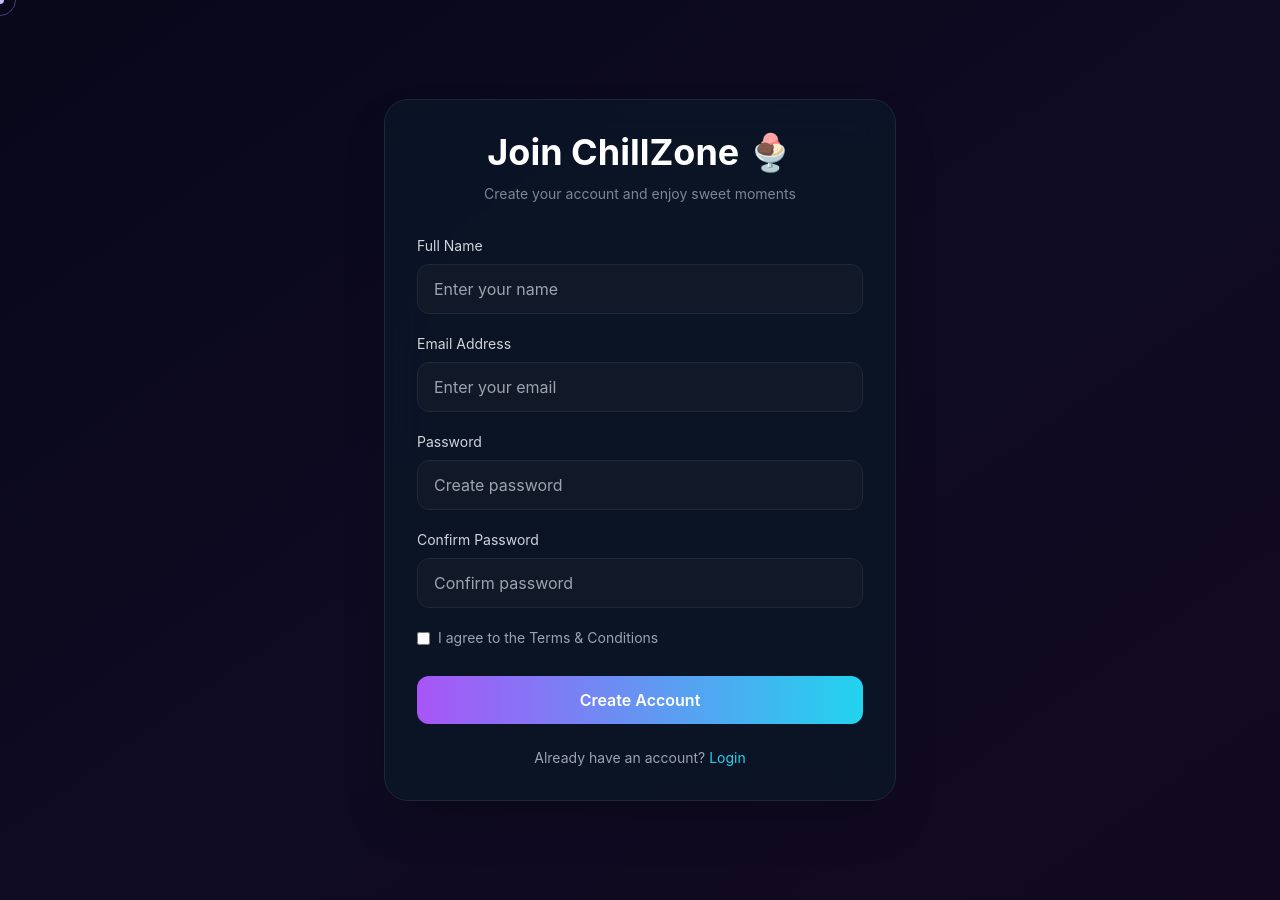
Repository: AMIREDDYRAKEY/chill-zone-
Page: /register
The author's editor kept a copy of each file at every save. The page is drawn from the files as they stood at one save, then again after the next save.
The browser window is 1280 px wide. The pictures show the whole page.
The project was rebuilt for these pictures with package versions that can differ from the ones it lists, and the page was loaded fresh each time. Also part of the build but not shown: vite.config.js, src/components/Login.jsx, src/components/Navbar.jsx, src/components/Hero.jsx, src/components/Marquee.jsx, src/components/TabsMenu.jsx, src/components/Ourspecialites.jsx, src/components/Aboutus.jsx and 3 more.

Above is the page before, as saved 2026-05-07 14:37:44.

### index.html
<!doctype html>
<html lang="en">
  <head>
    <meta charset="UTF-8" />
    <link rel="icon" type="image/svg+xml" href="/favicon.svg" />
    <meta name="viewport" content="width=device-width, initial-scale=1.0" />
    <title>chill-zone</title>
  </head>
  <body class="">
    <div id="root"></div>
    <script type="module" src="/src/main.jsx"></script>
  </body>
</html>

### src/main.jsx
import { StrictMode } from 'react'
import { createRoot } from 'react-dom/client'
import './index.css'
import App from './App.jsx'
import { BrowserRouter } from 'react-router-dom';
// ── Custom Cursor ────────────────────────────────────────────────────
const dot  = document.createElement('div');
const ring = document.createElement('div');
dot.id  = 'custom-cursor';
ring.id = 'custom-cursor-ring';
document.body.appendChild(dot);
document.body.appendChild(ring);

let ringX = 0, ringY = 0;
let dotX  = 0, dotY  = 0;

document.addEventListener('mousemove', (e) => {
  dotX = e.clientX;
  dotY = e.clientY;
  dot.style.left = dotX + 'px';
  dot.style.top  = dotY + 'px';
});

// Smooth ring follow
const animateRing = () => {
  ringX += (dotX - ringX) * 0.12;
  ringY += (dotY - ringY) * 0.12;
  ring.style.left = ringX + 'px';
  ring.style.top  = ringY + 'px';
  requestAnimationFrame(animateRing);
};
animateRing();

// Hover effect on interactive elements
document.addEventListener('mouseover', (e) => {
  if (e.target.matches('a, button, [data-hover]')) {
    ring.classList.add('hovered');
    dot.style.opacity = '0.5';
  }
});
document.addEventListener('mouseout', (e) => {
  if (e.target.matches('a, button, [data-hover]')) {
    ring.classList.remove('hovered');
    dot.style.opacity = '1';
  }
});
// ────────────────────────────────────────────────────────────────────

createRoot(document.getElementById('root')).render(
  <StrictMode>
     <BrowserRouter>
    <App />
  </BrowserRouter>
  </StrictMode>,
)

### src/index.css
@tailwind base;
@tailwind components;
@tailwind utilities;

/* ── FONTS ────────────────────────────────────────────────────────── */
@import url('https://fonts.googleapis.com/css2?family=Inter:wght@300;400;500;600;700;800;900&family=Playfair+Display:ital,wght@0,700;1,700&display=swap');

/* ── BASE ─────────────────────────────────────────────────────────── */
*, *::before, *::after {
  box-sizing: border-box;
  cursor: none !important;
}

body {
  font-family: 'Inter', sans-serif;
  background: #07050f;
  color: #fff;
  overflow-x: hidden;
}

/* ── CUSTOM CURSOR ────────────────────────────────────────────────── */
#custom-cursor {
  position: fixed;
  top: 0; left: 0;
  width: 8px; height: 8px;
  background: #c8b8ff;
  border-radius: 50%;
  pointer-events: none;
  z-index: 99999;
  transform: translate(-50%, -50%);
  transition: transform 0.08s ease;

}

#custom-cursor-ring {
  position: fixed;
  top: 0; left: 0;
  width: 32px; height: 32px;
  border: 1.5px solid rgba(180, 184, 255, 0.35);
  border-radius: 50%;
  pointer-events: none;
  z-index: 99998;
  transform: translate(-50%, -50%);
}

#custom-cursor-ring.hovered {
  width: 48px; height: 48px;
  border-color: rgba(40, 184, 255, 0.6);
  transition: width 0.2s ease, height 0.2s ease, border-color 0.2s ease;
}

/* ── FLOAT WIND — very subtle ─────────────────────────────────────── */
@keyframes floatWind {
  0%   { transform: translateY(-80px) translateX(0) rotate(0deg);   opacity: 0;    }
  8%   {                                                              opacity: 0.12; }
  50%  { transform: translateY(48vh)  translateX(20px) rotate(160deg); opacity: 0.14; }
  100% { transform: translateY(108vh) translateX(-20px) rotate(320deg); opacity: 0;  }
}

/* ── ENTRANCE ANIMATIONS ──────────────────────────────────────────── */
@keyframes fadeUp {
  from { opacity: 0; transform: translateY(24px); }
  to   { opacity: 1; transform: translateY(0);     }
}

@keyframes fadeIn {
  from { opacity: 0; }
  to   { opacity: 1; }
}

@keyframes shimmer {
  0%   { background-position: -10% center; }
  100% { background-position:  200% center; }
}

@keyframes softPulse {
  0%, 100% { opacity: 0.85; }
  50%       { opacity: 1;    }
}

/* Utility classes */
.anim-fade-up   { animation: fadeUp 0.7s cubic-bezier(.22,.68,0,1.2) forwards; }
.anim-fade-up-1 { opacity:0; animation: fadeUp 0.7s cubic-bezier(.22,.68,0,1.2) 0.15s forwards; }
.anim-fade-up-2 { opacity:0; animation: fadeUp 0.7s cubic-bezier(.22,.68,0,1.2) 0.30s forwards; }
.anim-fade-up-3 { opacity:0; animation: fadeUp 0.7s cubic-bezier(.22,.68,0,1.2) 0.45s forwards; }
.anim-fade-up-4 { opacity:0; animation: fadeUp 0.7s cubic-bezier(.22,.68,0,1.2) 0.60s forwards; }

.text-shimmer {
  background: linear-gradient(
    90deg,
    #2f0dec 0%,
    #ce089c 30%,
    #dd87ec 50%,
    #846dd3 70%,
    #d82a8f 100%
  );
  background-size: 250% auto;
  -webkit-background-clip: text;
  -webkit-text-fill-color: transparent;
  background-clip: text;
  animation: shimmer 10s linear infinite;
}

/* .marquee-section {
  padding: 24px 0;
  overflow: hidden;
  border-top: 1px solid rgba(255,255,255,0.08);
  border-bottom: 1px solid rgba(255,255,255,0.08);
  background: rgba(6,182,212,0.03);
} */

.marquee-track {
  display: flex;
  gap: 48px;
  width: max-content;
  animation: scroll 25s linear infinite;
}

.marquee-item {
  display: flex;
  align-items: center;
  gap: 10px;
  white-space: nowrap;
  font-size: 15px;
  color: #94a3b8;
}

.marquee-dot {
  color: #06b6d4;
  font-size: 18px;
}

@keyframes scroll {
  0% { transform: translateX(0); }
  100% { transform: translateX(-50%); }
}


@keyframes marquee {
  0% {
    transform: translateX(0%);
  }
  100% {
    transform: translateX(-50%);
  }
}

.marquee-track {
  width: max-content;
  animation: marquee 35s linear infinite;
}
.marquee-track-reverse {
  width: max-content;
  animation: marquee 35s linear infinite reverse;
}

### src/App.jsx
import React from 'react'
import { Routes, Route } from 'react-router-dom'

import Navbar from './components/Navbar'
import Hero from './components/Hero'
import Marquee from './components/Marquee'
import Ourspecialites from './components/Ourspecialites'
import Aboutus from './components/Aboutus'
import Gallery from './components/Gallery'
import Feedback from './components/Feedback'
import Footer from './components/Footer'
import Login from './components/Login'
import Register from './components/Register'
// Home page (scroll)
const Home = () => (
  <>
    <section id="home">
      <Navbar/>
      <Hero />
      <Marquee />
    </section>

    <section id="menu" className="mt-10 pb-12">
      <Ourspecialites />
    </section>

    <section id="about" className="pb-10">
      <Aboutus />
    </section>

    <section id="gallery" className="pb-10">
      <Gallery />
    </section>

    <section id="reviews" className="pb-10">
      <Feedback />
    </section>
     <section id="cta"  >
      <Footer/>
    </section>
  </>
)

const App = () => {
  return (
    <div style={{ background: "linear-gradient(160deg, #09071a 0%, #0e0b22 60%, #120920 100%)" }}>



      <Routes>
        <Route path="/" element={<Home />} />
        <Route path="/login" element={<Login />} />
        <Route path="/register" element={<Register />} />
      </Routes>


    </div>
  )
}

export default App

### src/components/Register.jsx
// Register.jsx

import React from 'react'

const Register = () => {
  return (
    <div className="h-[900px] flex items-center justify-center px-4 bg-gradient-to-br from-[#09071a] via-[#0e0b22] to-[#120920]">

      <div className="w-full max-w-lg bg-[#0a1727]/80 backdrop-blur-xl border border-[#1d2736] rounded-3xl p-8 shadow-2xl">

        {/* Heading */}
        <div className="text-center mb-8">
          <h1 className="text-4xl font-bold text-white">
            Join ChillZone 🍨
          </h1>

          <p className="text-[#7b8794] mt-3 text-sm">
            Create your account and enjoy sweet moments
          </p>
        </div>

        {/* Form */}
        <form className="flex flex-col gap-5">

          {/* Name */}
          <div>
            <label className="text-sm text-gray-300 mb-2 block">
              Full Name
            </label>

            <input
              type="text"
              placeholder="Enter your name"
              className="w-full px-4 py-3 rounded-xl bg-[#111827] border border-[#1f2937] text-white outline-none focus:border-purple-400 transition"
            />
          </div>

          {/* Email */}
          <div>
            <label className="text-sm text-gray-300 mb-2 block">
              Email Address
            </label>

            <input
              type="email"
              placeholder="Enter your email"
              className="w-full px-4 py-3 rounded-xl bg-[#111827] border border-[#1f2937] text-white outline-none focus:border-purple-400 transition"
            />
          </div>

          {/* Password */}
          <div>
            <label className="text-sm text-gray-300 mb-2 block">
              Password
            </label>

            <input
              type="password"
              placeholder="Create password"
              className="w-full px-4 py-3 rounded-xl bg-[#111827] border border-[#1f2937] text-white outline-none focus:border-purple-400 transition"
            />
          </div>

          {/* Confirm */}
          <div>
            <label className="text-sm text-gray-300 mb-2 block">
              Confirm Password
            </label>

            <input
              type="password"
              placeholder="Confirm password"
              className="w-full px-4 py-3 rounded-xl bg-[#111827] border border-[#1f2937] text-white outline-none focus:border-purple-400 transition"
            />
          </div>

          {/* Terms */}
          <label className="flex items-center gap-2 text-sm text-gray-400">
            <input type="checkbox" />
            I agree to the Terms & Conditions
          </label>

          {/* Button */}
          <button
            type="submit"
            className="mt-2 py-3 rounded-xl bg-gradient-to-r from-purple-500 to-cyan-400 text-white font-semibold hover:scale-[1.02] transition-all duration-300"
          >
            Create Account
          </button>

        </form>

        {/* Bottom */}
        <p className="text-center text-sm text-gray-400 mt-6">
          Already have an account?
          <span className="text-cyan-400 cursor-pointer hover:underline ml-1">
            Login
          </span>
        </p>

      </div>

    </div>
  )
}

export default Register

### tailwind.config.js
/** @type {import('tailwindcss').Config} */
module.exports = {
  content: [
    "./index.html",
    "./src/**/*.{js,jsx,ts,tsx}",
  ],
  theme: {
    extend: {
      keyframes: {
        floatWind: {
          "0%": {
            transform: "translateY(100vh) translateX(0px) rotate(0deg)",
            opacity: "0",
          },
          "10%": { opacity: "0.4" },
          "50%": {
            transform: "translateY(50vh) translateX(40px) rotate(180deg)",
          },
          "100%": {
            transform: "translateY(-120px) translateX(-40px) rotate(360deg)",
            opacity: "0",
          },
        },
      },
      animation: {
        floatWind: "floatWind 15s linear infinite",
      },
    },
  },
  plugins: [],
};

After the next save:
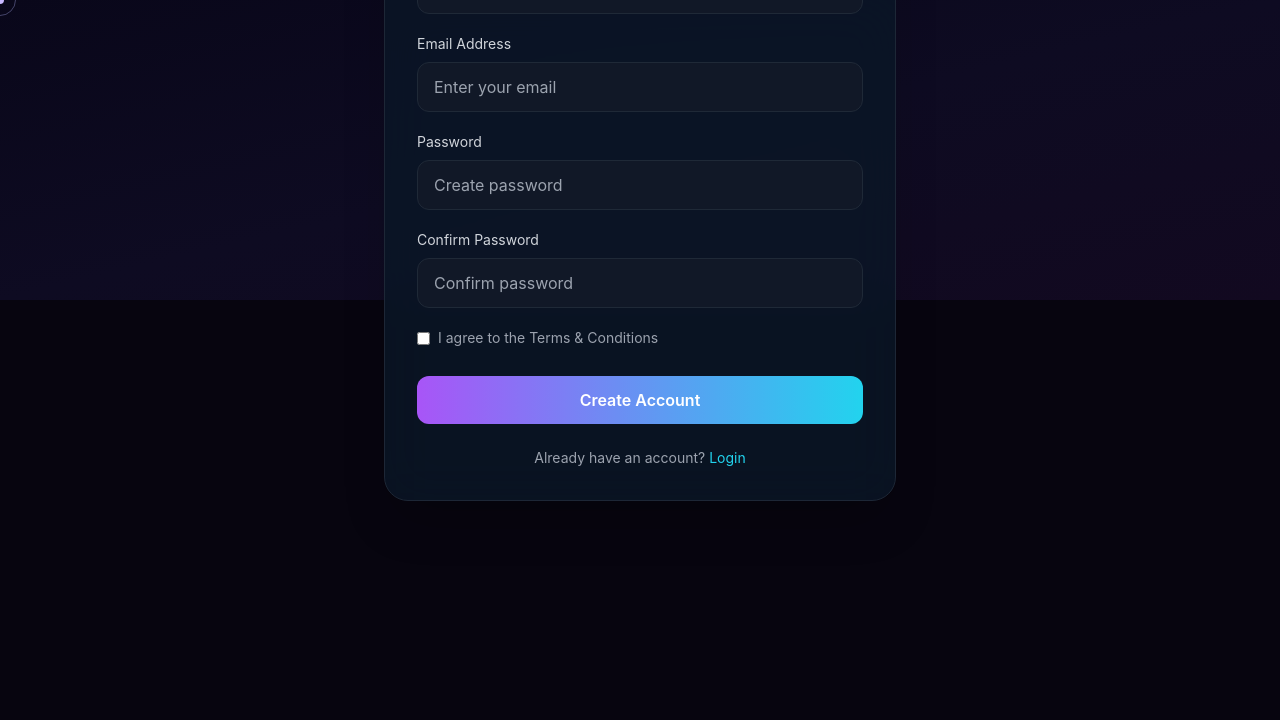
Saved 15 s later.
--- a/src/components/Register.jsx
+++ b/src/components/Register.jsx
@@ -4,7 +4,7 @@ import React from 'react'
 
 const Register = () => {
   return (
-    <div className="h-[900px] flex items-center justify-center px-4 bg-gradient-to-br from-[#09071a] via-[#0e0b22] to-[#120920]">
+    <div className="h-[300px] flex items-center justify-center px-4 bg-gradient-to-br from-[#09071a] via-[#0e0b22] to-[#120920]">
 
       <div className="w-full max-w-lg bg-[#0a1727]/80 backdrop-blur-xl border border-[#1d2736] rounded-3xl p-8 shadow-2xl">
 
